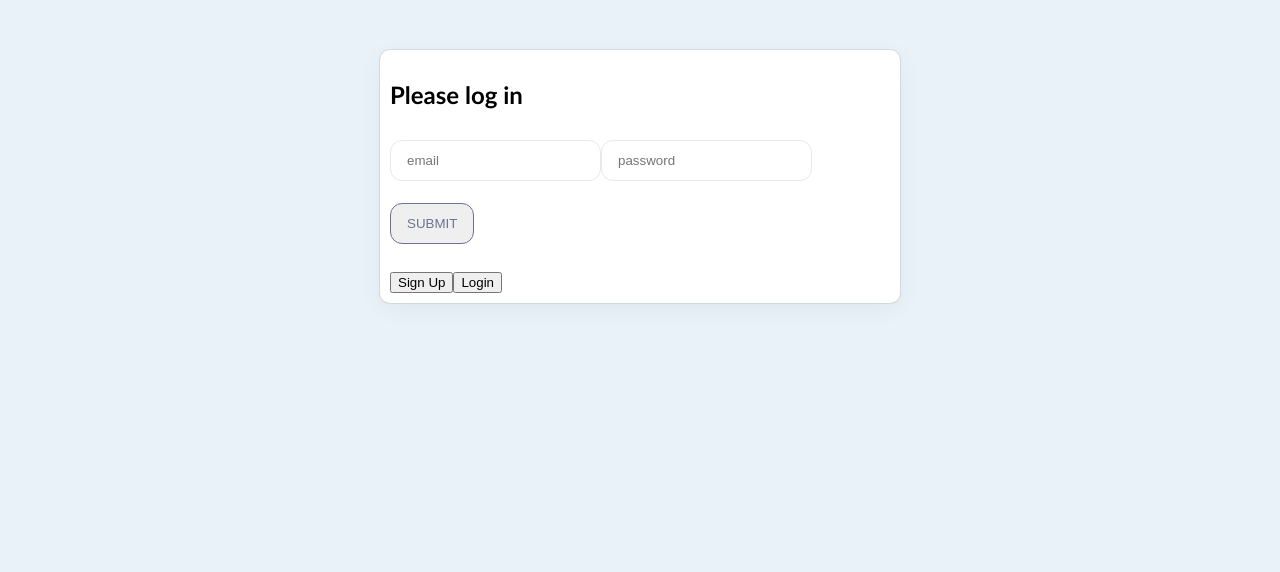
Repository: mosesvk/_todo
Page: / (app in client/)
The author's editor kept a copy of each file at every save. The page is drawn from the files as they stood at one save, then again after the next save.
The browser window is 1280 px wide. The pictures show the whole page.
The project was rebuilt for these pictures with package versions that can differ from the ones it lists, and the page was loaded fresh each time. Also part of the build but not shown: client/vite.config.js, client/src/components/Modal.jsx, client/src/components/ListHeader.jsx, client/src/components/ProgressBar.jsx, client/src/components/ListItem.jsx. Imported but missing from the stored project, and not drawn on this page: client/src/components/TickIcon.

Above is the page before, as saved 2023-05-06 17:35:02.

After the next save:
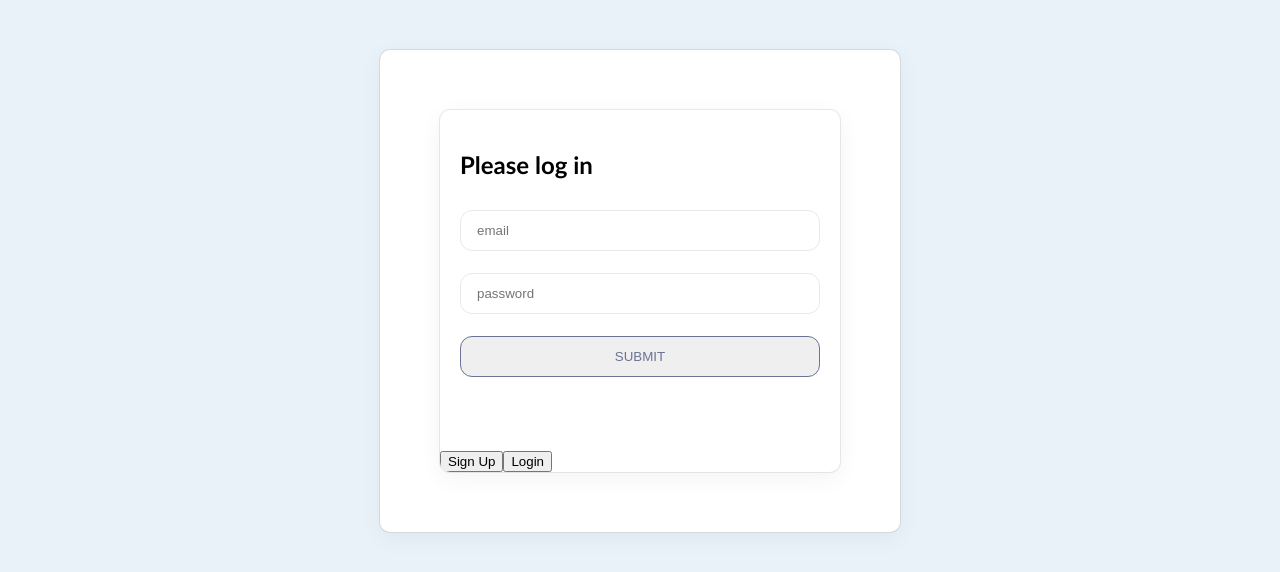
Saved 3 min 2 s later.
--- a/client/src/index.css
+++ b/client/src/index.css
@@ -172,3 +172,26 @@ input {
 .modal label {
     font-size: 13px
 }
+
+
+/* Auth */
+
+.auth-container {
+    display: flex;
+    justify-content: center;
+    margin: 50px;
+}
+
+.auth-container-box {
+    width: 500px;
+    border-radius: 10px;
+    overflow: hidden;
+    box-shadow: rgba(0,0,0,0.05) 0 6px 24px, rgba(0,0,0,0.08) 0 0 0 1px;
+}
+
+.auth-container-box form {
+    display: flex;
+    flex-direction: column;
+    height: 300px;
+    padding: 20px;
+}
